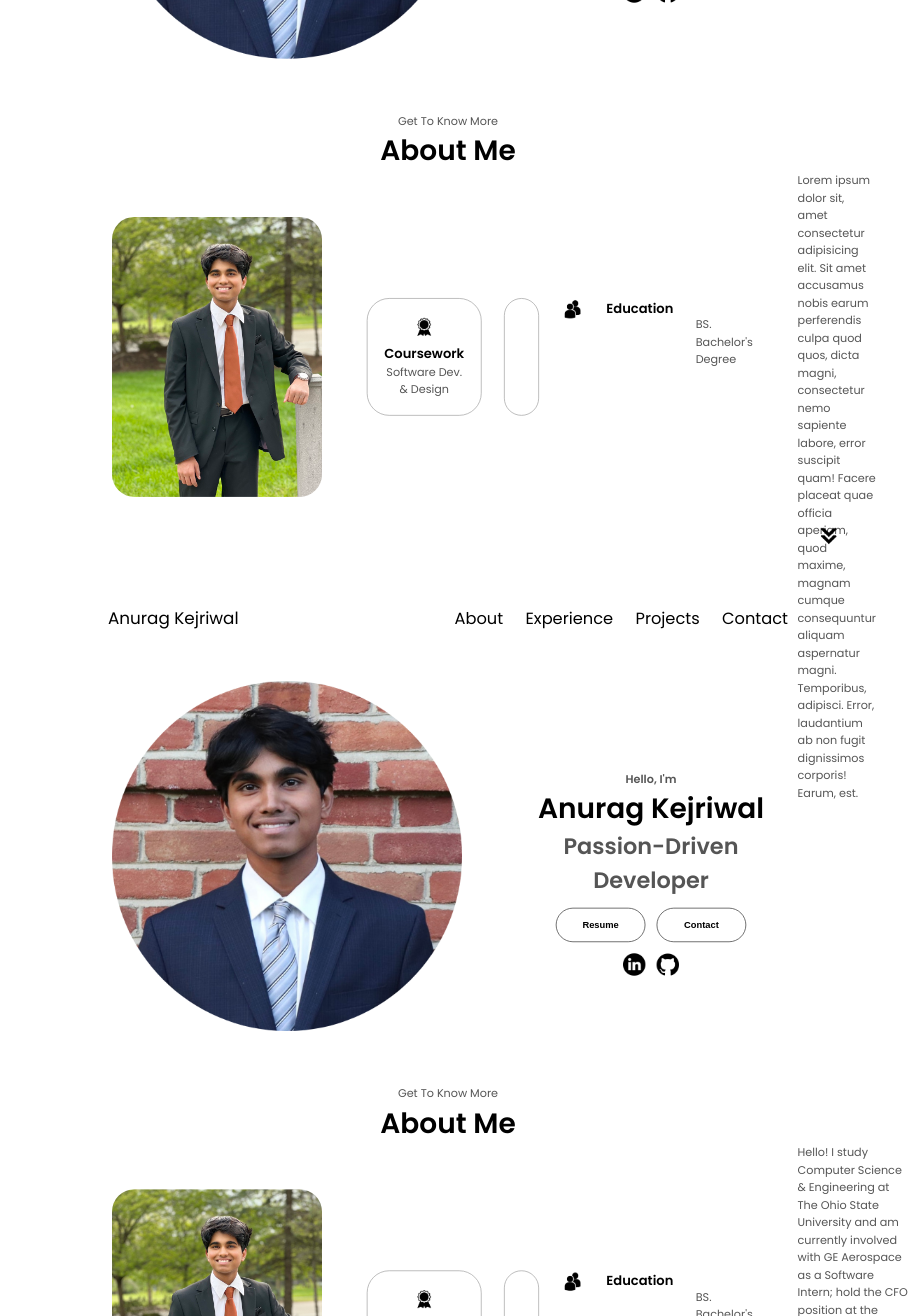
Repository: anuragkej/OldPortfolio
Page: index.html
These files come from the project's save history. The page is drawn as it stood at one moment and after the next save; the edit follows.
The browser window is 1280 px wide. The page is 1298 px wide, so the pictures cover 1298 px, including what lies to the right of the window. The pictures show the part of the page from y = 1957 to 3837 px (the page is 4169 px tall before and 5558 px after), at 70% of full size.

Above is the page before, as saved 2024-05-26 05:05:34.

### index.html
<!DOCTYPE html>
<html lang="en">
<head>
    <meta charset="UTF-8">
    <meta name="viewport" content="width=device-width, initial-scale=1.0">
    <title>Personal Portfolio</title>
    <link rel="stylesheet" href="style.css">
    <link rel="stylesheet" href="mediaqueries.css">
</head>
<body>
    <nav id="desktop-nav">
        <div class="logo">Anurag Kejriwal</div>
        <div>
            <ul class="nav-links">
                <li><a href="#about">About</a></li>
                <li><a href="#experience">Experience</a></li>
                <li><a href="#projects">Projects</a></li>
                <li><a href="#contact">Contact</a></li>
            </ul>
        </div>
    </nav>
    <nav id="hamburger-nav">
        <div class="logo">Anurag Kejriwal</div>
        <div class="hamburger-menu">
            <div class="hamburger-icon" onclick="toggleMenu()">
                <span></span>
                <span></span>
                <span></span>
            </div>
            <div class="menu-links">
                <li><a href="#about" onclick="toggleMenu()" >About</a></li>
                <li><a href="#experience" onclick="toggleMenu()">Experience</a></li>
                <li><a href="#projects" onclick="toggleMenu()">Projects</a></li>
                <li><a href="#contact" onclick="toggleMenu()">Contact</a></li>
            </div>
        </div>
    </nav>
    <section id="profile">
        <div class="section_pic-container">
            <img src="./assets/anuragprofpic.png" alt="Anurag Kejriwal profile picture">
        </div>
        <div class="section__text">
            <p class="section__text__p1">Hello, I'm</p>
            <h1 class="title">Anurag Kejriwal</h1>
            <p class="section__text__p2">Passion-Driven Developer</p>
            <div class="btn-container">
                <button class="btn btn-color-2"
                onclick="window.open('./assets/AnuragKejriwalResume_2026.pdf')">Resume</button>
                <button class="btn btn-color-1"
                onclick="location.href='./#contact'">Contact</button>
            </div>
            <div id="socials-container">
                <img src="./assets/linkedin.png" alt="My LinkedIn Profile"
                class ="icon" onclick="location.href='https://linkedin.com/in/anuragkejriwal1/'">
                <img src="./assets/github.png" alt="My Github Profile"
                class ="icon" onclick="location.href='https://github.com/anuragkej'">
            </div>
        </div>
    </section>
    <section id="about">
        <p class="section__text__p1">Get To Know More</p>
        <h1 class="title">About Me</h1>
        <div class="section-container">
        <div class="section__pic-container">
            <img src="./assets/E4CC9343-5963-4651-9569-35505B2238C1_1_105_c.jpeg" alt="Profile Picture" class="about-pic"/>
        </div>
        <div class="about-details-container">
            <div class="about-containers">
                <div class="details-container">
                    <img src="./assets/experience.png" alt="Experience icon" class="icon"/>
                    <h3>Coursework </h3>
                    <p>Software Dev. & Design</p>
                </div>
                <div class="details-container"></div>
                <img src="./assets/education.png" alt="Education icon" class="icon"/>
                    <h3>Education</h3>
                    <p><br>BS. Bachelor's Degree</p>
            </div>
        </div>
        <div class="text-container">
            <p>Hello! I study Computer Science & Engineering at The Ohio State University and am currently involved with GE Aerospace as a Software Intern; hold the CFO position at the nonprofit organization, Youth for STEM Equity; and teach Machine Learning/Computer Science at iD Tech Camps.</p>
        </div>
        </div>
        <img src="./assets/arrow.png"
        alt="Arrow Image"
        class="icon arrow"
        onclick = "location.href='./#experience'"
        >
    </section>
    <script src="script.js"></script>

</body>
</html>
<!DOCTYPE html>
<html lang="en">
<head>
    <meta charset="UTF-8">
    <meta name="viewport" content="width=device-width, initial-scale=1.0">
    <title>Personal Portfolio</title>
    <link rel="stylesheet" href="style.css">
    <link rel="stylesheet" href="mediaqueries.css">
</head>
<body>
    <nav id="desktop-nav">
        <div class="logo">Anurag Kejriwal</div>
        <div>
            <ul class="nav-links">
                <li><a href="#about">About</a></li>
                <li><a href="#experience">Experience</a></li>
                <li><a href="#projects">Projects</a></li>
                <li><a href="#contact">Contact</a></li>
            </ul>
        </div>
    </nav>
    <nav id="hamburger-nav">
        <div class="logo">Anurag Kejriwal</div>
        <div class="hamburger-menu">
            <div class="hamburger-icon" onclick="toggleMenu()">
                <span></span>
                <span></span>
                <span></span>
            </div>
            <div class="menu-links">
                <li><a href="#about" onclick="toggleMenu()" >About</a></li>
                <li><a href="#experience" onclick="toggleMenu()">Experience</a></li>
                <li><a href="#projects" onclick="toggleMenu()">Projects</a></li>
                <li><a href="#contact" onclick="toggleMenu()">Contact</a></li>
            </div>
        </div>
    </nav>
    <section id="profile">
        <div class="section_pic-container">
            <img src="./assets/anuragprofpic.png" alt="Anurag Kejriwal profile picture">
        </div>
        <div class="section__text">
            <p class="section__text__p1">Hello, I'm</p>
            <h1 class="title">Anurag Kejriwal</h1>
            <p class="section__text__p2">Passion-Driven Developer</p>
            <div class="btn-container">
                <button class="btn btn-color-2"
                onclick="window.open('./assets/AnuragKejriwalResume_2026.pdf')">Resume</button>
                <button class="btn btn-color-1"
                onclick="location.href='./#contact'">Contact</button>
            </div>
            <div id="socials-container">
                <img src="./assets/linkedin.png" alt="My LinkedIn Profile"
                class ="icon" onclick="location.href='https://linkedin.com/in/anuragkejriwal1/'">
                <img src="./assets/github.png" alt="My Github Profile"
                class ="icon" onclick="location.href='https://github.com/anuragkej'">
            </div>
        </div>
    </section>
    <section id="about">
        <p class="section__text__p1">Get To Know More</p>
        <h1 class="title">About Me</h1>
        <div class="section-container">
        <div class="section__pic-container">
            <img src="./assets/E4CC9343-5963-4651-9569-35505B2238C1_1_105_c.jpeg" alt="Profile Picture" class="about-pic"/>
        </div>
        <div class="about-details-container">
            <div class="about-containers">
                <div class="details-container">
                    <img src="./assets/experience.png" alt="Experience icon" class="icon"/>
                    <h3>Coursework </h3>
                    <p>Software Dev. & Design</p>
                </div>
                <div class="details-container"></div>
                <img src="./assets/education.png" alt="Education icon" class="icon"/>
                    <h3>Education</h3>
                    <p><br>BS. Bachelor's Degree</p>
            </div>
        </div>
        <div class="text-container">
            <p>Lorem ipsum dolor sit, amet consectetur adipisicing elit. Sit amet accusamus nobis earum perferendis culpa quod quos, dicta magni, consectetur nemo sapiente labore, error suscipit quam! Facere placeat quae officia aperiam, quod maxime, magnam cumque consequuntur aliquam aspernatur magni. Temporibus, adipisci. Error, laudantium ab non fugit dignissimos corporis! Earum, est.</p>
        </div>
        </div>
        <img src="./assets/arrow.png"
        alt="Arrow Image"
        class="icon arrow"
        onclick = "location.href='./#experience'"
        >
    </section>
    <script src="script.js"></script>

</body>
</html>
<!DOCTYPE html>
<html lang="en">
<head>
    <meta charset="UTF-8">
    <meta name="viewport" content="width=device-width, initial-scale=1.0">
    <title>Personal Portfolio</title>
    <link rel="stylesheet" href="style.css">
    <link rel="stylesheet" href="mediaqueries.css">
</head>
<body>
    <nav id="desktop-nav">
        <div class="logo">Anurag Kejriwal</div>
        <div>
            <ul class="nav-links">
                <li><a href="#about">About</a></li>
                <li><a href="#experience">Experience</a></li>
                <li><a href="#projects">Projects</a></li>
                <li><a href="#contact">Contact</a></li>
            </ul>
        </div>
    </nav>
    <nav id="hamburger-nav">
        <div class="logo">Anurag Kejriwal</div>
        <div class="hamburger-menu">
            <div class="hamburger-icon" onclick="toggleMenu()">
                <span></span>
                <span></span>
                <span></span>
            </div>
            <div class="menu-links">
                <li><a href="#about" onclick="toggleMenu()" >About</a></li>
                <li><a href="#experience" onclick="toggleMenu()">Experience</a></li>
                <li><a href="#projects" onclick="toggleMenu()">Projects</a></li>
                <li><a href="#contact" onclick="toggleMenu()">Contact</a></li>
            </div>
        </div>
    </nav>
    <section id="profile">
        <div class="section_pic-container">
            <img src="./assets/anuragprofpic.png" alt="Anurag Kejriwal profile picture">
        </div>
        <div class="section__text">
            <p class="section__text__p1">Hello, I'm</p>
            <h1 class="title">Anurag Kejriwal</h1>
            <p class="section__text__p2">Passion-Driven Developer</p>
            <div class="btn-container">
                <button class="btn btn-color-2"
                onclick="window.open('./assets/AnuragKejriwalResume_2026.pdf')">Resume</button>
                <button class="btn btn-color-1"
                onclick="location.href='./#contact'">Contact</button>
            </div>
            <div id="socials-container">
                <img src="./assets/linkedin.png" alt="My LinkedIn Profile"
                class ="icon" onclick="location.href='https://linkedin.com/in/anuragkejriwal1/'">
                <img src="./assets/github.png" alt="My Github Profile"
                class ="icon" onclick="location.href='https://github.com/anuragkej'">
            </div>
        </div>
    </section>
    <section id="about">
        <p class="section__text__p1">Get To Know More</p>
        <h1 class="title">About Me</h1>
        <div class="section-container">
        <div class="section__pic-container">
            <img src="./assets/E4CC9343-5963-4651-9569-35505B2238C1_1_105_c.jpeg" alt="Profile Picture" class="about-pic"/>
        </div>
        <div class="about-details-container">
            <div class="about-containers">
                <div class="details-container">
                    <img src="./assets/experience.png" alt="Experience icon" class="icon"/>
                    <h3>Coursework </h3>
                    <p>Software Dev. & Design</p>
                </div>
                <div class="details-container"></div>
                <img src="./assets/education.png" alt="Education icon" class="icon"/>
                    <h3>Education</h3>
                    <p><br>BS. Bachelor's Degree</p>
            </div>
        </div>
        <div class="text-container">
            <p>Hello! I study Computer Science & Engineering at The Ohio State University and am currently involved with GE Aerospace as a Software Intern; hold the CFO position at the nonprofit organization, Youth for STEM Equity; and teach Machine Learning/Computer Science at iD Tech Camps.</p>
        </div>
        </div>
        <img src="./assets/arrow.png"
        alt="Arrow Image"
        class="icon arrow"
        onclick = "location.href='./#experience'"
        >
    </section>
    <script src="script.js"></script>

</body>
</html>

### mediaqueries.css
@media screen and (max-width: 1200px) {
    #desktop-nav {
        display: none;
    }
    #hamburger-nav{
        display: flex;
    }
}

Loaded but not shown: script.js (12 lines, source omitted); style.css (1193 lines, source omitted)

After the next save:
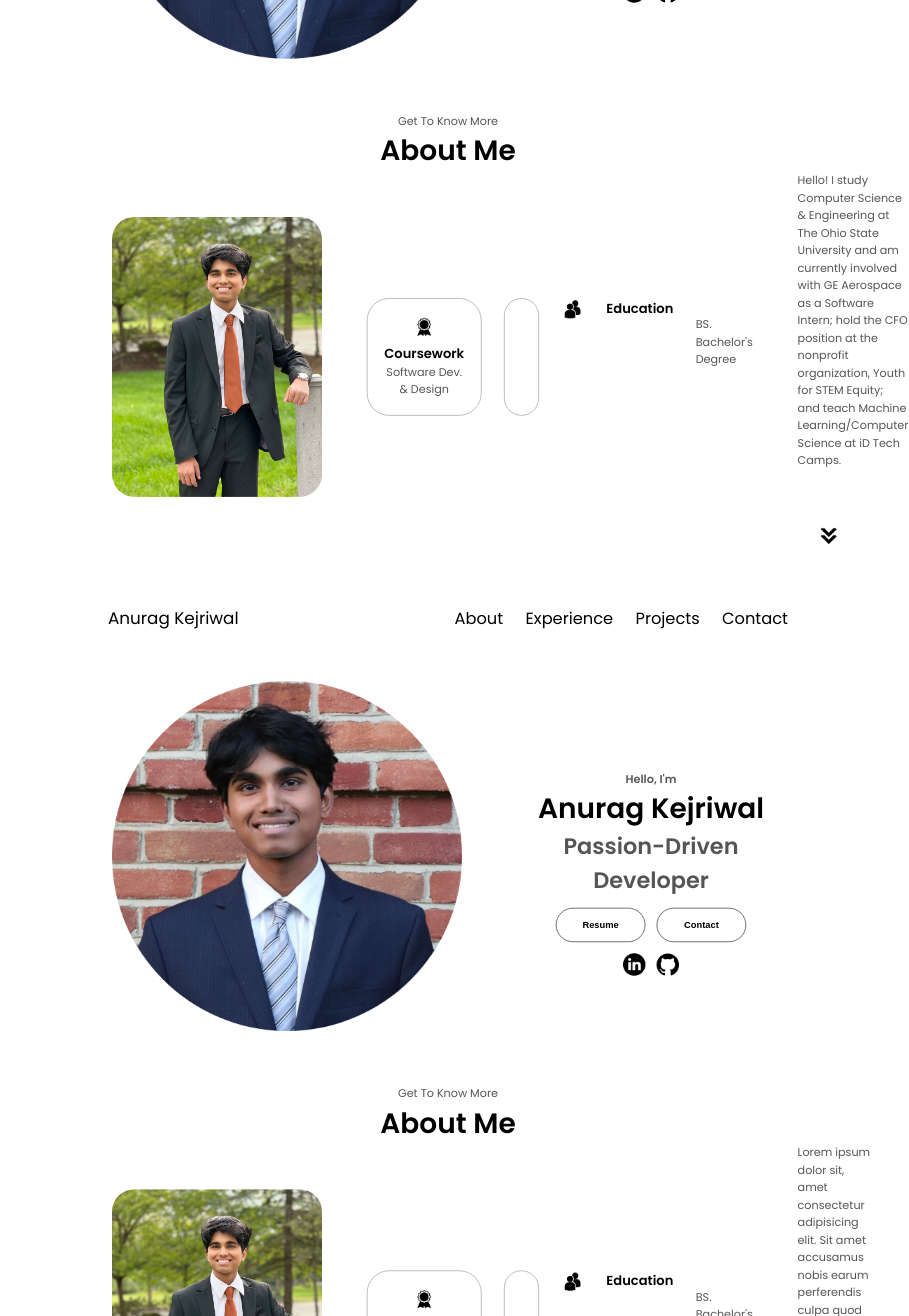
Saved 46 s later.
--- a/index.html
+++ b/index.html
@@ -82,7 +82,7 @@
         </div>
         </div>
         <img src="./assets/arrow.png"
-        alt="Arrow Image"
+        alt="Arrow icon"
         class="icon arrow"
         onclick = "location.href='./#experience'"
         >
@@ -171,7 +171,7 @@
             </div>
         </div>
         <div class="text-container">
-            <p>Lorem ipsum dolor sit, amet consectetur adipisicing elit. Sit amet accusamus nobis earum perferendis culpa quod quos, dicta magni, consectetur nemo sapiente labore, error suscipit quam! Facere placeat quae officia aperiam, quod maxime, magnam cumque consequuntur aliquam aspernatur magni. Temporibus, adipisci. Error, laudantium ab non fugit dignissimos corporis! Earum, est.</p>
+            <p>Hello! I study Computer Science & Engineering at The Ohio State University and am currently involved with GE Aerospace as a Software Intern; hold the CFO position at the nonprofit organization, Youth for STEM Equity; and teach Machine Learning/Computer Science at iD Tech Camps.</p>
         </div>
         </div>
         <img src="./assets/arrow.png"
@@ -264,7 +264,7 @@
             </div>
         </div>
         <div class="text-container">
-            <p>Hello! I study Computer Science & Engineering at The Ohio State University and am currently involved with GE Aerospace as a Software Intern; hold the CFO position at the nonprofit organization, Youth for STEM Equity; and teach Machine Learning/Computer Science at iD Tech Camps.</p>
+            <p>Lorem ipsum dolor sit, amet consectetur adipisicing elit. Sit amet accusamus nobis earum perferendis culpa quod quos, dicta magni, consectetur nemo sapiente labore, error suscipit quam! Facere placeat quae officia aperiam, quod maxime, magnam cumque consequuntur aliquam aspernatur magni. Temporibus, adipisci. Error, laudantium ab non fugit dignissimos corporis! Earum, est.</p>
         </div>
         </div>
         <img src="./assets/arrow.png"
@@ -277,3 +277,96 @@
 
 </body>
 </html>
+<!DOCTYPE html>
+<html lang="en">
+<head>
+    <meta charset="UTF-8">
+    <meta name="viewport" content="width=device-width, initial-scale=1.0">
+    <title>Personal Portfolio</title>
+    <link rel="stylesheet" href="style.css">
+    <link rel="stylesheet" href="mediaqueries.css">
+</head>
+<body>
+    <nav id="desktop-nav">
+        <div class="logo">Anurag Kejriwal</div>
+        <div>
+            <ul class="nav-links">
+                <li><a href="#about">About</a></li>
+                <li><a href="#experience">Experience</a></li>
+                <li><a href="#projects">Projects</a></li>
+                <li><a href="#contact">Contact</a></li>
+            </ul>
+        </div>
+    </nav>
+    <nav id="hamburger-nav">
+        <div class="logo">Anurag Kejriwal</div>
+        <div class="hamburger-menu">
+            <div class="hamburger-icon" onclick="toggleMenu()">
+                <span></span>
+                <span></span>
+                <span></span>
+            </div>
+            <div class="menu-links">
+                <li><a href="#about" onclick="toggleMenu()" >About</a></li>
+                <li><a href="#experience" onclick="toggleMenu()">Experience</a></li>
+                <li><a href="#projects" onclick="toggleMenu()">Projects</a></li>
+                <li><a href="#contact" onclick="toggleMenu()">Contact</a></li>
+            </div>
+        </div>
+    </nav>
+    <section id="profile">
+        <div class="section_pic-container">
+            <img src="./assets/anuragprofpic.png" alt="Anurag Kejriwal profile picture">
+        </div>
+        <div class="section__text">
+            <p class="section__text__p1">Hello, I'm</p>
+            <h1 class="title">Anurag Kejriwal</h1>
+            <p class="section__text__p2">Passion-Driven Developer</p>
+            <div class="btn-container">
+                <button class="btn btn-color-2"
+                onclick="window.open('./assets/AnuragKejriwalResume_2026.pdf')">Resume</button>
+                <button class="btn btn-color-1"
+                onclick="location.href='./#contact'">Contact</button>
+            </div>
+            <div id="socials-container">
+                <img src="./assets/linkedin.png" alt="My LinkedIn Profile"
+                class ="icon" onclick="location.href='https://linkedin.com/in/anuragkejriwal1/'">
+                <img src="./assets/github.png" alt="My Github Profile"
+                class ="icon" onclick="location.href='https://github.com/anuragkej'">
+            </div>
+        </div>
+    </section>
+    <section id="about">
+        <p class="section__text__p1">Get To Know More</p>
+        <h1 class="title">About Me</h1>
+        <div class="section-container">
+        <div class="section__pic-container">
+            <img src="./assets/E4CC9343-5963-4651-9569-35505B2238C1_1_105_c.jpeg" alt="Profile Picture" class="about-pic"/>
+        </div>
+        <div class="about-details-container">
+            <div class="about-containers">
+                <div class="details-container">
+                    <img src="./assets/experience.png" alt="Experience icon" class="icon"/>
+                    <h3>Coursework </h3>
+                    <p>Software Dev. & Design</p>
+                </div>
+                <div class="details-container"></div>
+                <img src="./assets/education.png" alt="Education icon" class="icon"/>
+                    <h3>Education</h3>
+                    <p><br>BS. Bachelor's Degree</p>
+            </div>
+        </div>
+        <div class="text-container">
+            <p>Hello! I study Computer Science & Engineering at The Ohio State University and am currently involved with GE Aerospace as a Software Intern; hold the CFO position at the nonprofit organization, Youth for STEM Equity; and teach Machine Learning/Computer Science at iD Tech Camps.</p>
+        </div>
+        </div>
+        <img src="./assets/arrow.png"
+        alt="Arrow Image"
+        class="icon arrow"
+        onclick = "location.href='./#experience'"
+        >
+    </section>
+    <script src="script.js"></script>
+
+</body>
+</html>
